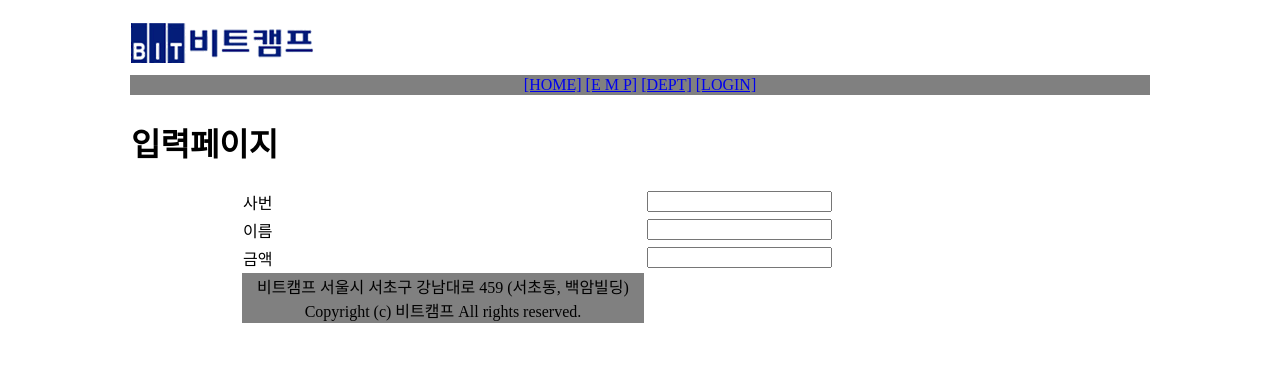
Repository: kwakjaeyeon/webWorkspace
Page: http://localhost/web06/add.jsp
These files come from the project's save history. The page is drawn as it stood at one moment and after the next save; the edit follows.
The browser window is 1280 px wide. The pictures show the whole page.
The page is served by Tomcat 9.

Above is the page before, as saved 2020-07-06 06:20:50.

After the next save:
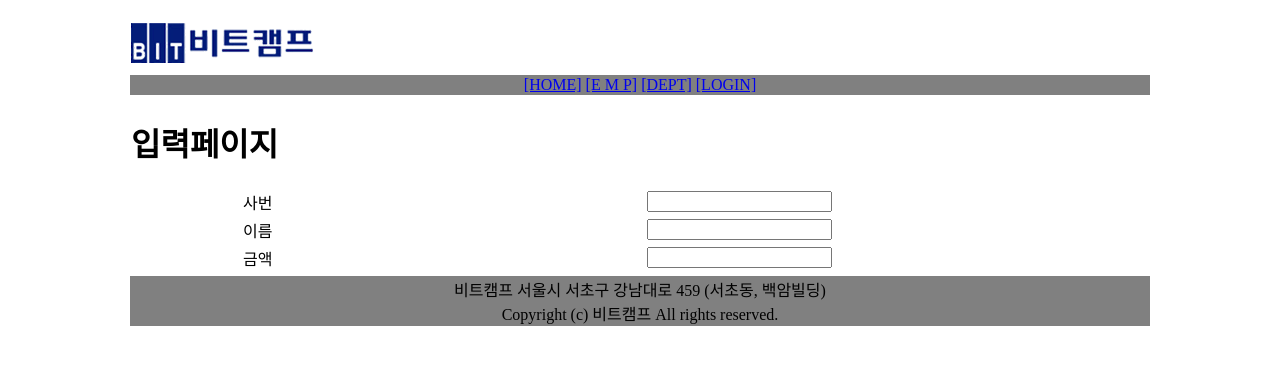
Saved 2 min 36 s later.
--- a/web06/WebContent/add.jsp
+++ b/web06/WebContent/add.jsp
@@ -42,19 +42,20 @@
 
 				<h1>입력페이지</h1>
 				<form action = "add.jsp" method = "post">
-						<table width = "800" align = "center">
-					<tr>
-						<td width = "400">사번</td>
-						<td><input type = "text" name = "sabun"></td>
-					</tr>
-					<tr>
-						<td width = "400">이름</td>
-						<td><input type = "text" name = "name"></td>
-					</tr>
-					<tr>
-						<td width = "400">금액</td>
-						<td><input type = "text" name = "pay"></td>
-					</tr>
+					<table width = "800" align = "center">
+						<tr>
+							<td width = "400">사번</td>
+							<td><input type = "text" name = "sabun"></td>
+						</tr>
+						<tr>
+							<td width = "400">이름</td>
+							<td><input type = "text" name = "name"></td>
+						</tr>
+						<tr>
+							<td width = "400">금액</td>
+							<td><input type = "text" name = "pay"></td>
+						</tr>
+					</table>
 				</form>
 			<!-- center end -->
 			</td>
